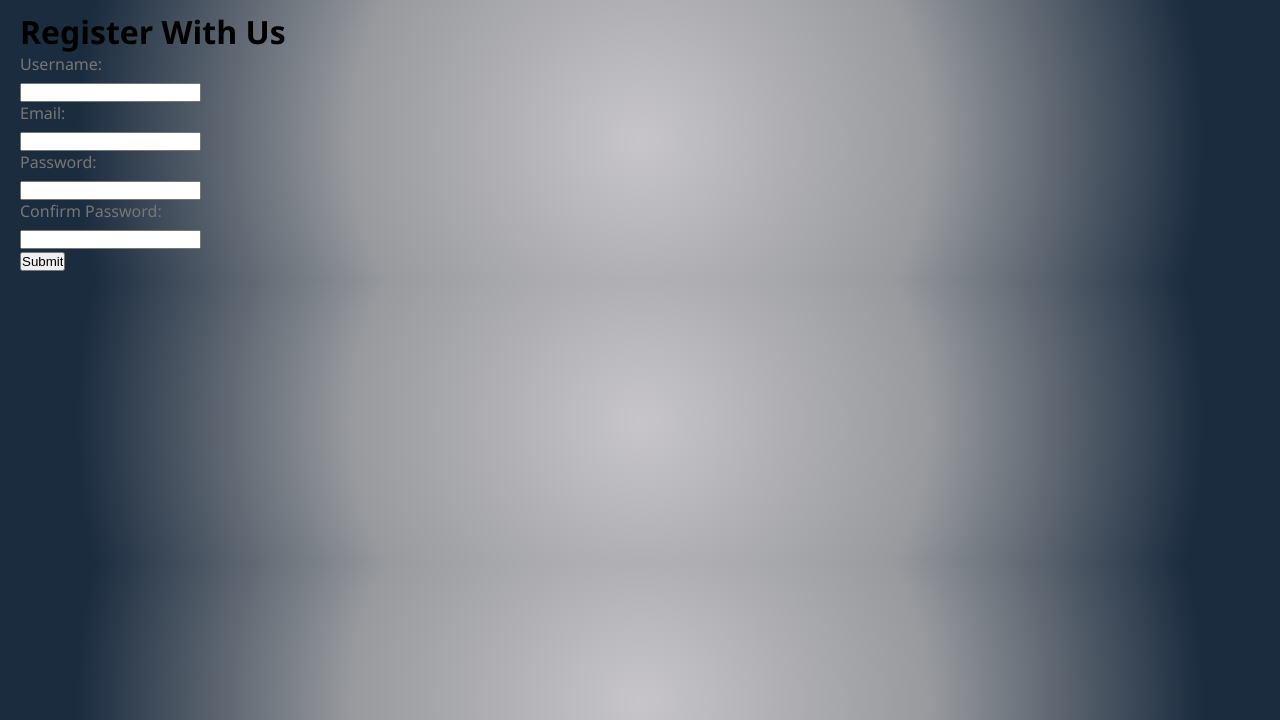
Repository: NiutaR/registrationForm
Page: index.html
An editor plug-in stored every save of this project. The page is shown before and after the next save, followed by the edit.
The browser window is 1280 px wide. The pictures show the whole page.

Above is the page before, as saved 2021-07-28 23:20:32.

### index.html
<!DOCTYPE html>
<html lang="en">

<head>
    <meta charset="UTF-8">
    <meta http-equiv="X-UA-Compatible" content="IE=edge">
    <meta name="viewport" content="width=device-width, initial-scale=1.0">
    <link rel="stylesheet" href="style.css">
    <title>Register With Us</title>
</head>

<body>
    <div class="container">
        <form id="signup" class="form">
            <h1>Register With Us</h1>
            <div class="form-field">
                <label for="username">Username:</label>
                <input type="text" name="username" id="username" autocomplete="off">
                <small></small>
            </div>

            <div class="form-field">
                <label for="email">Email:</label>
                <input type="text" name="email" id="email" autocomplete="off">
                <small></small>
            </div>

            <div class="form-field">
                <label for="password">Password:</label>
                <input type="password" name="password" id="password" autocomplete="off">
                <small></small>
            </div>


            <div class="form-field">
                <label for="confirm-password">Confirm Password:</label>
                <input type="password" name="confirm-password" id="confirm-password" autocomplete="off">
                <small></small>
            </div>

            <div class="form-field">
                <input type="submit" value="Submit">
            </div>
        </form>
    </div>
    </div>
    <script src="index.js"></script>
</body>

</html>

### style.css
* {
    margin: 0;
    padding: 0;
    box-sizing: border-box;
}
body {
    font-size: 16px;
    background: rgb(193, 192, 194);
    background: radial-gradient(circle, rgb(199, 197, 201) 0%, rgb(152, 154, 158) 44%, rgba(27, 44, 63, 1) 86%);
    font-family: "Segoe UI", "Helvetica Neue", Arial, sans-serif;
}
.container {
    display: block;
}
.form {
    padding: 10px 20px;
}
.form-field label {
    display: block;
    color: #777;
    margin-bottom: 5px;
}

### index.js
const usernameEl = document.querySelector('#username');
const emailEl = document.querySelector('#email');
const passwordEl = document.querySelector('#password');
const confirmPasswordEl = document.querySelector('#confirm-password');

const form = document.querySelector('#signup');


const checkUsername = () => {

    let valid = false;

    const min = 3,
        max = 25;

    const username = usernameEl.value.trim();

    if (!isRequired(username)) {
        showError(usernameEl, 'Username cannot be blank.');
    } else if (!isBetween(username.length, min, max)) {
        showError(usernameEl, `Username must be between ${min} and ${max} characters.`)
    } else {
        showSuccess(usernameEl);
        valid = true;
    }
    return valid;
};


const checkEmail = () => {
    let valid = false;
    const email = emailEl.value.trim();
    if (!isRequired(email)) {
        showError(emailEl, 'Email cannot be blank.');
    } else if (!isEmailValid(email)) {
        showError(emailEl, 'Email is not valid.')
    } else {
        showSuccess(emailEl);
        valid = true;
    }
    return valid;
};

const checkPassword = () => {
    let valid = false;


    const password = passwordEl.value.trim();

    if (!isRequired(password)) {
        showError(passwordEl, 'Password cannot be blank.');
    } else if (!isPasswordSecure(password)) {
        showError(passwordEl, 'Password must has at least 8 characters that include at least 1 lowercase character, 1 uppercase characters, 1 number, and 1 special character in (!@#$%^&*)');
    } else {
        showSuccess(passwordEl);
        valid = true;
    }

    return valid;
};

const checkConfirmPassword = () => {
    let valid = false;
    // check confirm password
    const confirmPassword = confirmPasswordEl.value.trim();
    const password = passwordEl.value.trim();

    if (!isRequired(confirmPassword)) {
        showError(confirmPasswordEl, 'Please enter the password again');
    } else if (password !== confirmPassword) {
        showError(confirmPasswordEl, 'The password does not match');
    } else {
        showSuccess(confirmPasswordEl);
        valid = true;
    }

    return valid;
};

const isEmailValid = (email) => {
    const re = /^(([^<>()\[\]\\.,;:\s@"]+(\.[^<>()\[\]\\.,;:\s@"]+)*)|(".+"))@((\[[0-9]{1,3}\.[0-9]{1,3}\.[0-9]{1,3}\.[0-9]{1,3}\])|(([a-zA-Z\-0-9]+\.)+[a-zA-Z]{2,}))$/;
    return re.test(email);
};

const isPasswordSecure = (password) => {
    const re = new RegExp("^(?=.*[a-z])(?=.*[A-Z])(?=.*[0-9])(?=.*[!@#\$%\^&\*])(?=.{8,})");
    return re.test(password);
};

const isRequired = value => value === '' ? false : true;
const isBetween = (length, min, max) => length < min || length > max ? false : true;


const showError = (input, message) => {
    // get the form-field element
    const formField = input.parentElement;
    // add the error class
    formField.classList.remove('success');
    formField.classList.add('error');

    // show the error message
    const error = formField.querySelector('small');
    error.textContent = message;
};

const showSuccess = (input) => {
    // get the form-field element
    const formField = input.parentElement;

    // remove the error class
    formField.classList.remove('error');
    formField.classList.add('success');

    // hide the error message
    const error = formField.querySelector('small');
    error.textContent = '';
}


form.addEventListener('submit', function (e) {
    // prevent the form from submitting
    e.preventDefault();

    // validate fields
    let isUsernameValid = checkUsername(),
        isEmailValid = checkEmail(),
        isPasswordValid = checkPassword(),
        isConfirmPasswordValid = checkConfirmPassword();

    let isFormValid = isUsernameValid &&
        isEmailValid &&
        isPasswordValid &&
        isConfirmPasswordValid;

    // submit to the server if the form is valid
    if (isFormValid) {

    }
});


const debounce = (fn, delay = 500) => {
    let timeoutId;
    return (...args) => {
        // cancel the previous timer
        if (timeoutId) {
            clearTimeout(timeoutId);
        }
        // setup a new timer
        timeoutId = setTimeout(() => {
            fn.apply(null, args)
        }, delay);
    };
};

form.addEventListener('input', debounce(function (e) {
    switch (e.target.id) {
        case 'username':
            checkUsername();
            break;
        case 'email':
            checkEmail();
            break;
        case 'password':
            checkPassword();
            break;
        case 'confirm-password':
            checkConfirmPassword();
            break;
    }
}));

After the next save:
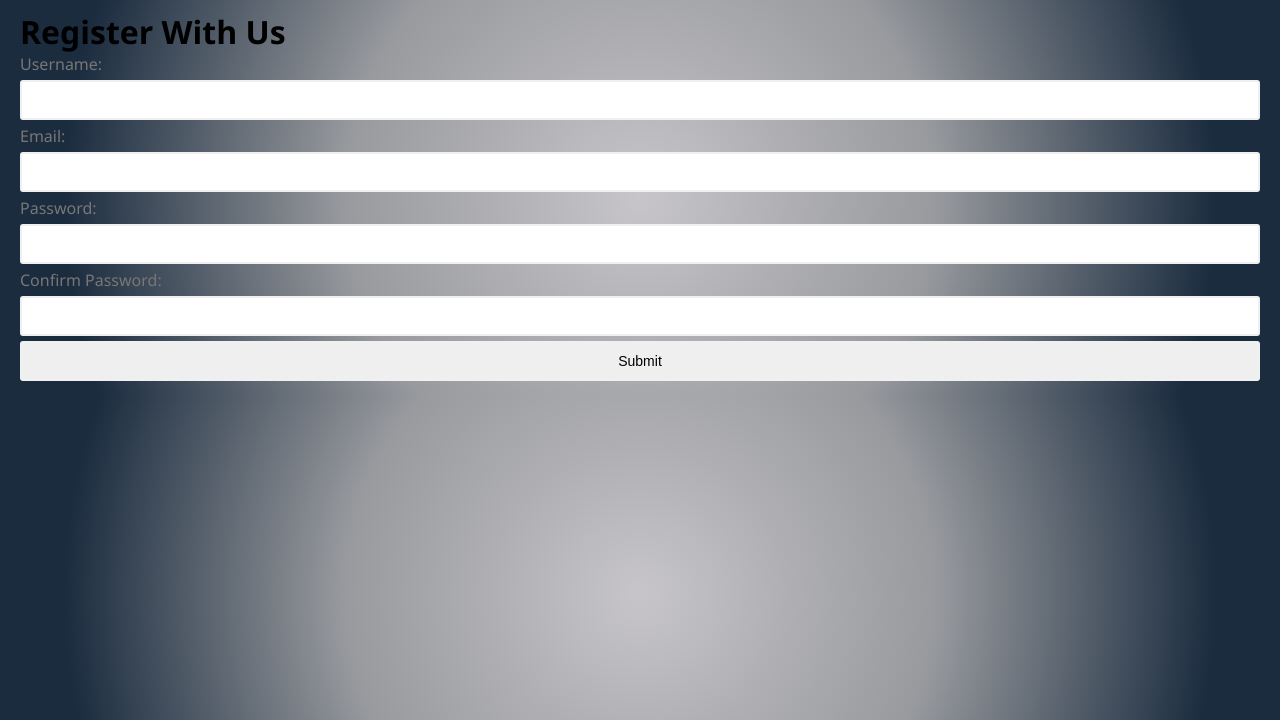
Saved 38 s later.
--- a/style.css
+++ b/style.css
@@ -20,3 +20,12 @@ body {
     color: #777;
     margin-bottom: 5px;
 }
+.form-field input {
+    border: solid 2px #f0f0f0;
+    border-radius: 3px;
+    padding: 10px;
+    margin-bottom: 5px;
+    font-size: 14px;
+    display: block;
+    width: 100%;
+}
